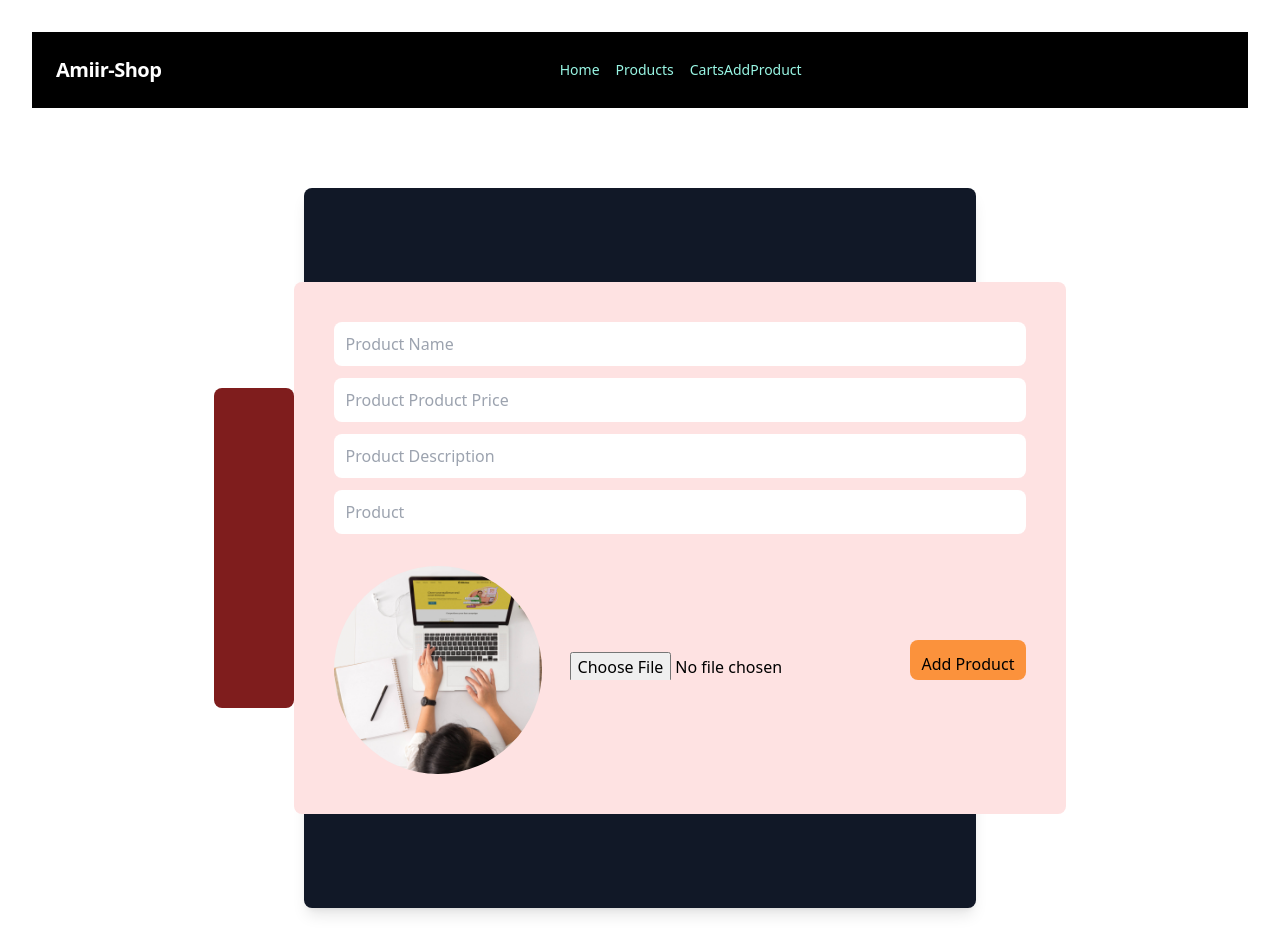
Repository: ENG-AMIIR-MUSE/ECommerce-app-using-react
Page: /addProducts
An editor plug-in stored every save of this project. The page is shown before and after the next save, followed by the edit.
The browser window is 1280 px wide. The pictures show the whole page.
The page's requests for data from a server got no answer. The project was rebuilt for these pictures with package versions that can differ from the ones it lists, and the page was loaded fresh each time. No one was signed in, and anything a server would have sent is missing. Also part of the build but not shown: vite.config.js, src/Components/productList.js, src/Components/productCard.js.

Above is the page before, as saved 2023-06-24 19:57:08.

### src/main.jsx
import React from 'react'
import ReactDOM from 'react-dom/client'
import App from './App.jsx'
import './index.css'

import { BrowserRouter }  from 'react-router-dom'



ReactDOM.createRoot(document.getElementById('root')).render(
  <React.StrictMode>
    <BrowserRouter>
    <App />
    </BrowserRouter>

  </React.StrictMode>,

)

### src/App.jsx
import { useEffect } from 'react'
import { useState } from 'react'
import axios from 'axios'
import ProductList from './Components/ProductList'
import ProductCard from './Components/ProductCard'

import './App.css'

import {NavBar} from './Components/NavBar'
import {  Routes,Route } from 'react-router-dom'

import AddProduct from './Components/AddProduct'

function App() {
const [products,setProducts] =  useState([])

useEffect(()=>{
  axios.get('https://fakestoreapi.com/products')
  .then((response)=>{
    // console.log(response)
   setProducts(response.data)
  }).catch((er)=>{
    console.log(er.response)
  })

})

  return (
    <>

    {/* {console.log(products)} */}
    <NavBar/>

    {/* <ProductCard/> */}
    <Routes>
    <Route path="/"/>
    <Route path="/products" element={<ProductList products ={products}/>}/>

    <Route path="/products/:id" element={<ProductCard products = {products}/>}/>
  <Route path="/addProducts/" element={<AddProduct/>}/>
  </Routes>
    </>


  )


}

export default App

### src/Components/NavBar.jsx
import React from 'react'
import {Link } from 'react-router-dom'
 export function NavBar() {
  return (
    <>
    <nav className=" items-center justify-between flex-wrap bg-black p-6 mb-20 h-auto p-5">
  <div className="flex items-center flex-shrink-0 text-white mr-6">

    <span className="font-semibold text-xl tracking-tight">Amiir-Shop</span>


  <div className="w-full block flex-grow lg:flex lg:items-center lg:w-auto">
    <div className="text-sm lg:flex-grow">
      <Link to="/" className="block mt-4 lg:inline-block lg:mt-0 text-teal-200 hover:text-white mr-4">
        Home
      </Link>
      <Link to="/products" className="block mt-4 lg:inline-block lg:mt-0 text-teal-200 hover:text-white mr-4">
        Products
      </Link>
      <Link to="/carts" className="block mt-4 lg:inline-block lg:mt-0 text-teal-200 hover:text-white">
        Carts
      </Link>
      <Link to="/addProducts" className="block mt-4 lg:inline-block lg:mt-0 text-teal-200 hover:text-white">
        AddProduct
      </Link>
    </div>

  </div>
  </div>
</nav>
    </>
  )

 }

### src/Components/AddProduct.jsx
import React from "react";
import reactsvg from '../assets/weImage.jpg'
const  AddProduct = ()=>{

    return(

        <div  className="bg-gray-900 mt-0  text-black  min-h-screen flex flex-col lg:flex-row lg:max-w-2xl  max-w-sm mx-auto justify-center items-center  shadow-lg rounded-lg ">
          <div className="w-96 rounded-lg mx-auto  bg-red-900  m-5 h-80 p-10">
           <img src= {reactsvg}  alt="missing-product-image"/>
          </div>
          <div className="mx-auto p-10 m-10 rounded-lg bg-red-100">
          <form className="space-y-3">

           <input type="text"placeholder="Product Name" className="w-full  rounded-lg h-11  pl-3"/>
          <input type="text"placeholder="Product Product Price" className="w-full rounded-lg h-11  pl-3"/>
          <input type="text"placeholder="Product Description" className="w-full rounded-lg h-11  pl-3"/>
           <input type="text" placeholder="Product"className="w-full rounded-lg h-11 pl-3 "/>
           <div className="flex felx-row items-center justify-center space-x-4">
             <img src={reactsvg} alt="" className="rounded-full w-52 h-52 mt-5  max-w-md  object-cover object-center bg-yellow-900" />
             <input type="file" className = "rounded-lg p-3 h-10 "/>
             <input type="submit" className = "rounded-lg bg-orange-400 p-3 h-10 "value="Add Product"/>
           </div>
          </form>
          </div>
        </div>
    )
}
export default AddProduct;

Loaded but not shown: index.html (common file); src/index.css (common file); src/App.css (common file); tailwind.config.js (common file)

After the next save:
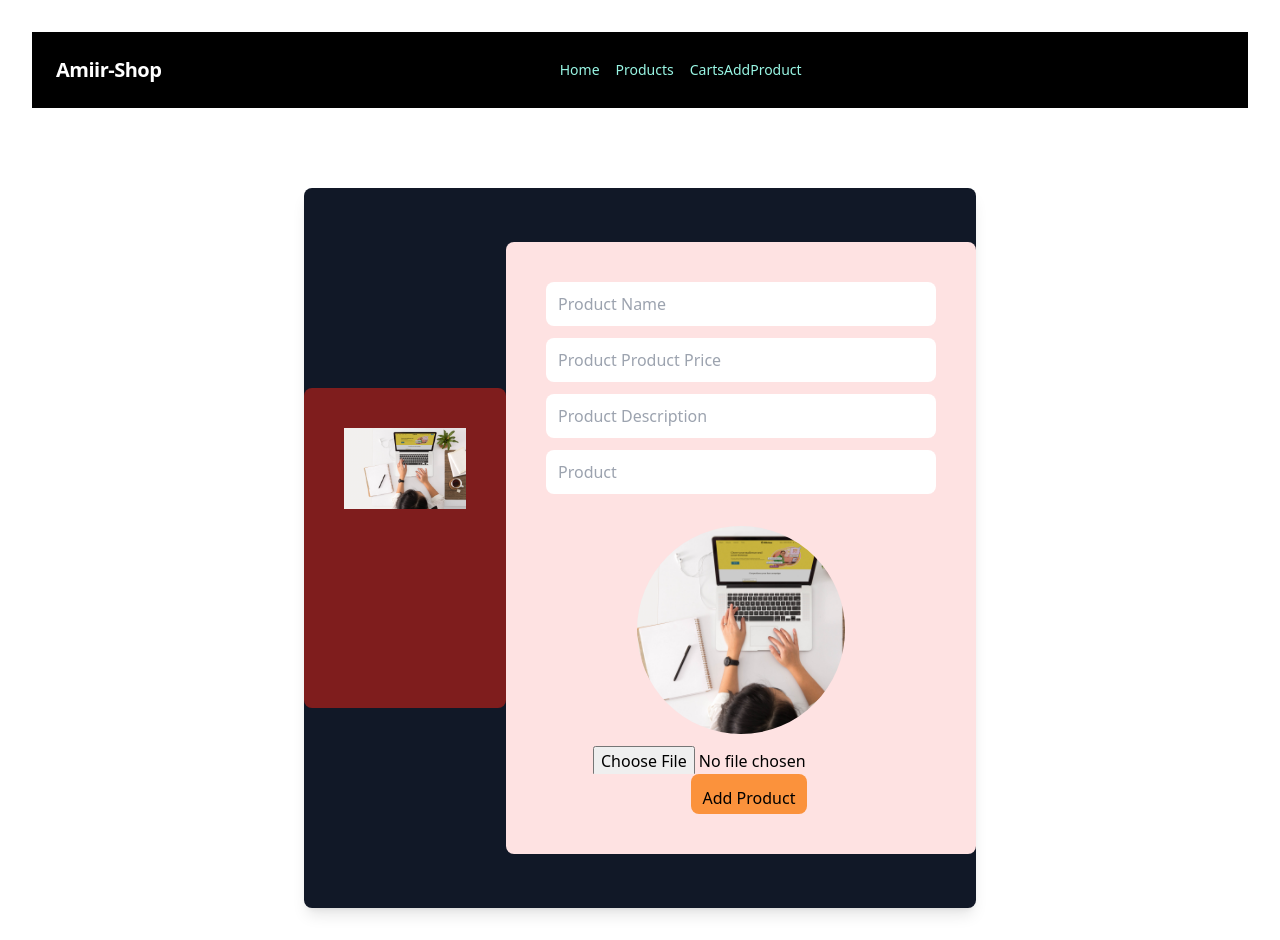
Saved 52 s later.
--- a/src/Components/AddProduct.jsx
+++ b/src/Components/AddProduct.jsx
@@ -15,7 +15,7 @@ const  AddProduct = ()=>{
           <input type="text"placeholder="Product Product Price" className="w-full rounded-lg h-11  pl-3"/>
           <input type="text"placeholder="Product Description" className="w-full rounded-lg h-11  pl-3"/>
            <input type="text" placeholder="Product"className="w-full rounded-lg h-11 pl-3 "/>
-           <div className="flex felx-row items-center justify-center space-x-4">
+           <div className="flex felx-row  flex-wrap items-center justify-center space-x-4">
              <img src={reactsvg} alt="" className="rounded-full w-52 h-52 mt-5  max-w-md  object-cover object-center bg-yellow-900" />
              <input type="file" className = "rounded-lg p-3 h-10 "/>
              <input type="submit" className = "rounded-lg bg-orange-400 p-3 h-10 "value="Add Product"/>
